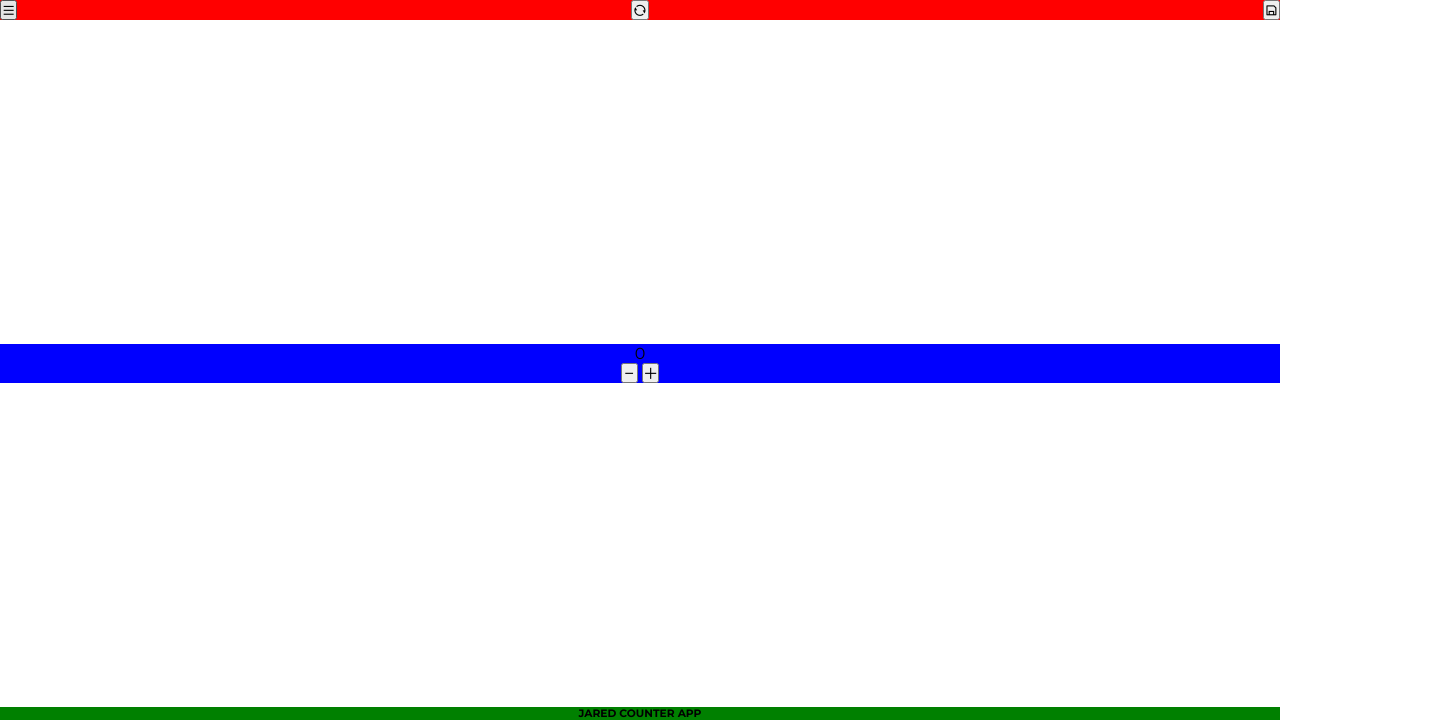
Repository: EguJaredoBoyd/Jared-Counter-App
Page: index.html
An editor plug-in stored every save of this project. The page is shown before and after the next save, followed by the edit.
The browser window is 1280 px wide. The page is 1445 px wide, so the pictures cover 1445 px, including what lies to the right of the window. The pictures show the whole page.
After loading, the first visible `#toggle-button` was clicked once.

Above is the page before, as saved 2025-11-27 00:21:17.

After the next save:
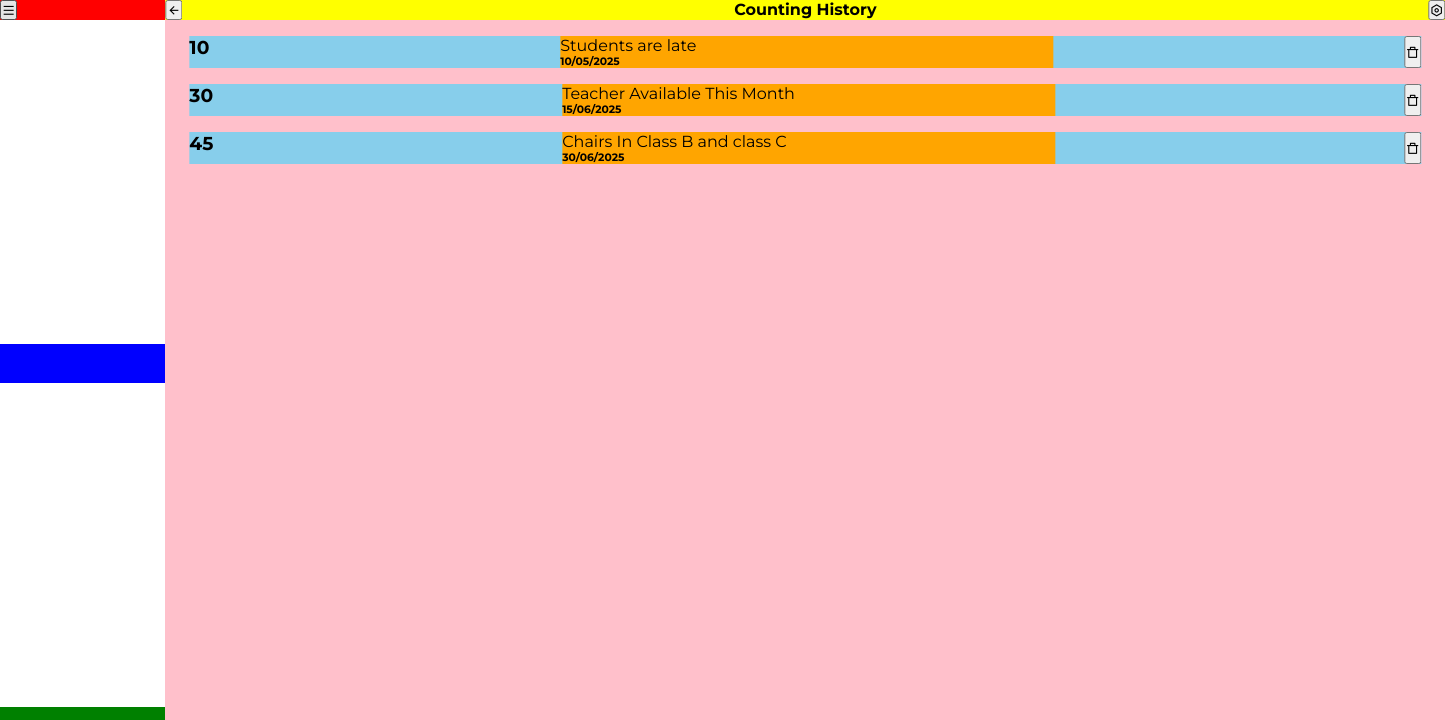
Saved 47 s later.
--- a/style.css
+++ b/style.css
@@ -32,7 +32,7 @@ header {
 }
 
 .header__button__ul--toggle-list.show {
-    display: block;
+    opacity: 1;
     position: absolute;
     top: 0;
     right: 0;
